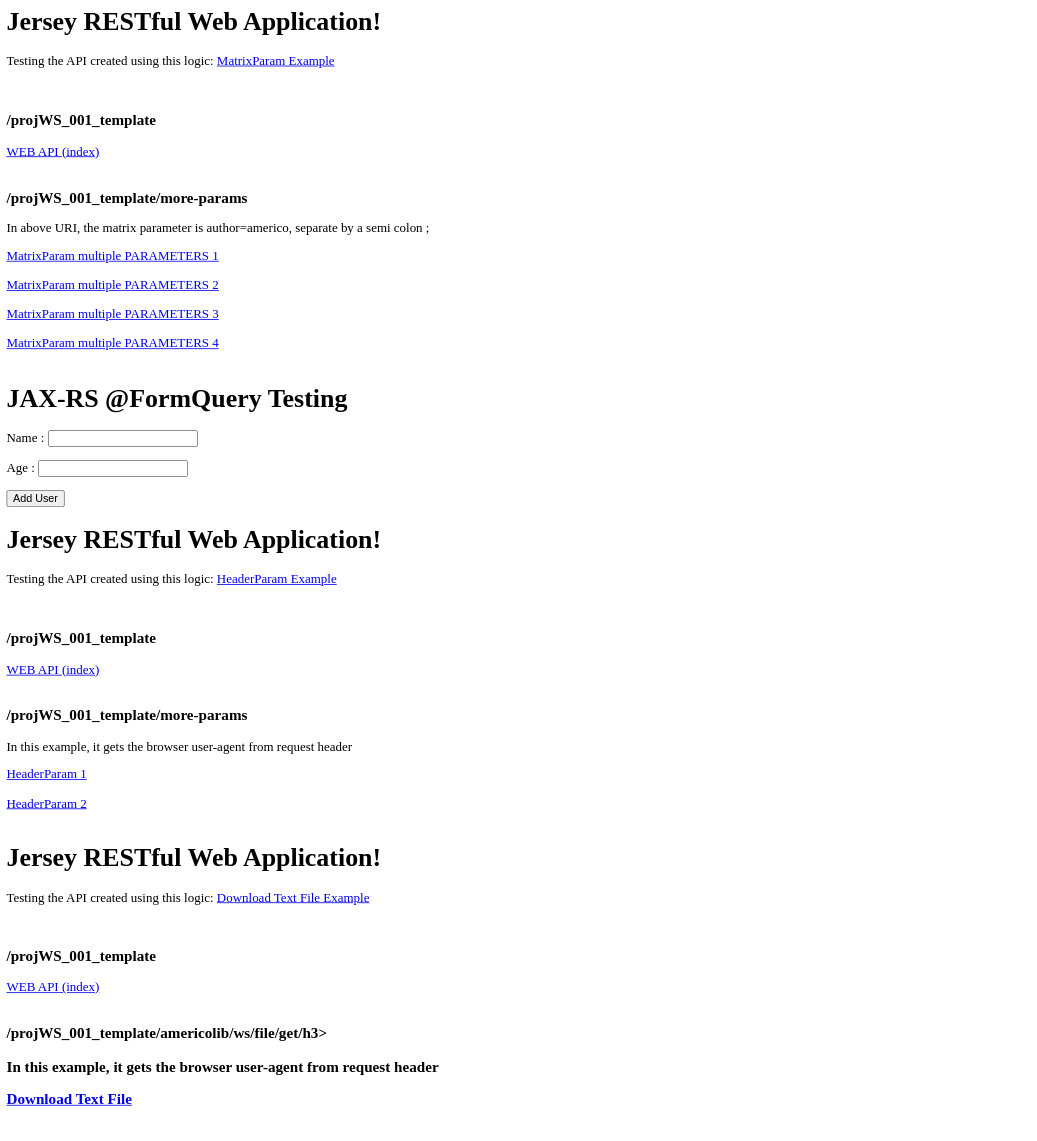
Repository: atafs/BackEnd_JAX-RS_REST_2continue
Page: http://localhost/projWS_001_template/
These files come from the project's save history. The page is drawn as it stood at one moment and after the next save; the edit follows.
The browser window is 1280 px wide. The pictures show the whole page, at 81% of full size.
The page is served by Tomcat 9. Other server files are loaded and not shown.

Above is the page before, as saved 2016-05-02 16:59:45.

### projWS_001_template/src/main/webapp/index.jsp
<html>
<body>
	<!-- JAX-RS @MatrixParam example ######################################## -->
    <!-- TITLE -->
	<h1>Jersey RESTful Web Application!</h1>

	<!-- TXT -->
	<p>Testing the API created using this logic:
		<a href="http://www.mkyong.com/webservices/jax-rs/jax-rs-matrixparam-example/">MatrixParam Example</a>
	</p><br/>

	<!-- LINKS -->
	<h3>/projWS_001_template</h3>
	<a href="http://localhost:8085/projWS_001_template/">WEB API (index)</a><br/><br/>

	<h3>/projWS_001_template/more-params</h3>
	<p>In above URI, the matrix parameter is author=americo, separate by a semi colon ;</p>
	<a href="http://localhost:8085/projWS_001_template/americolib/ws/2011/">MatrixParam multiple PARAMETERS 1</a><br/><br/>
	<a href="http://localhost:8085/projWS_001_template/americolib/ws/2011;author=americo">MatrixParam multiple PARAMETERS 2</a><br/><br/>
	<a href="http://localhost:8085/projWS_001_template/americolib/ws/2011;author=tomas;country=portugal">MatrixParam multiple PARAMETERS 3</a><br/><br/>
	<a href="http://localhost:8085/projWS_001_template/americolib/ws/2011;country=malaysia;author=ana">MatrixParam multiple PARAMETERS 4</a><br/><br/>

    <!-- JAX-RS @FormParam example ######################################## -->
    <!-- FORM: binding between html and java classes -->
    <h1>JAX-RS @FormQuery Testing</h1>

	<form action="americolib/ws/add" method="post">
		<p>
			Name : <input type="text" name="name" />
		</p>
		<p>
			Age : <input type="text" name="age" />
		</p>
		<input type="submit" value="Add User" />
	</form>

    <!-- Get HTTP header in JAX-RS ######################################## -->
    <!-- TITLE -->
	<h1>Jersey RESTful Web Application!</h1>

	<!-- TXT -->
	<p>Testing the API created using this logic:
		<a href="http://www.mkyong.com/webservices/jax-rs/get-http-header-in-jax-rs/">HeaderParam  Example</a>
	</p><br/>

	<!-- LINKS -->
	<h3>/projWS_001_template</h3>
	<a href="http://localhost:8085/projWS_001_template/">WEB API (index)</a><br/><br/>

	<h3>/projWS_001_template/more-params</h3>
	<p>In this example, it gets the browser user-agent from request header</p>
	<a href="http://localhost:8085/projWS_001_template/americolib/ws/get1/">HeaderParam 1</a><br/><br/>
	<a href="http://localhost:8085/projWS_001_template/americolib/ws/get2/">HeaderParam 2</a><br/><br/>

  	<!-- Download text file from JAX-RS ######################################## -->
    <!-- TITLE -->
	<h1>Jersey RESTful Web Application!</h1>

	<!-- TXT -->
	<p>Testing the API created using this logic:
		<a href="http://www.mkyong.com/webservices/jax-rs/download-text-file-from-jax-rs/">Download Text File Example</a>
	</p><br/>

	<!-- LINKS -->
	<h3>/projWS_001_template</h3>
	<a href="http://localhost:8085/projWS_001_template/">WEB API (index)</a><br/><br/>

	<h3>/projWS_001_template/americolib/ws/file/get/h3>
	<p>In this example, it gets the browser user-agent from request header</p>
	<a href="http://localhost:8085/projWS_001_template/americolib/ws/file/get">Download Text File</a><br/><br/>



</body>
</html>

After the next save:
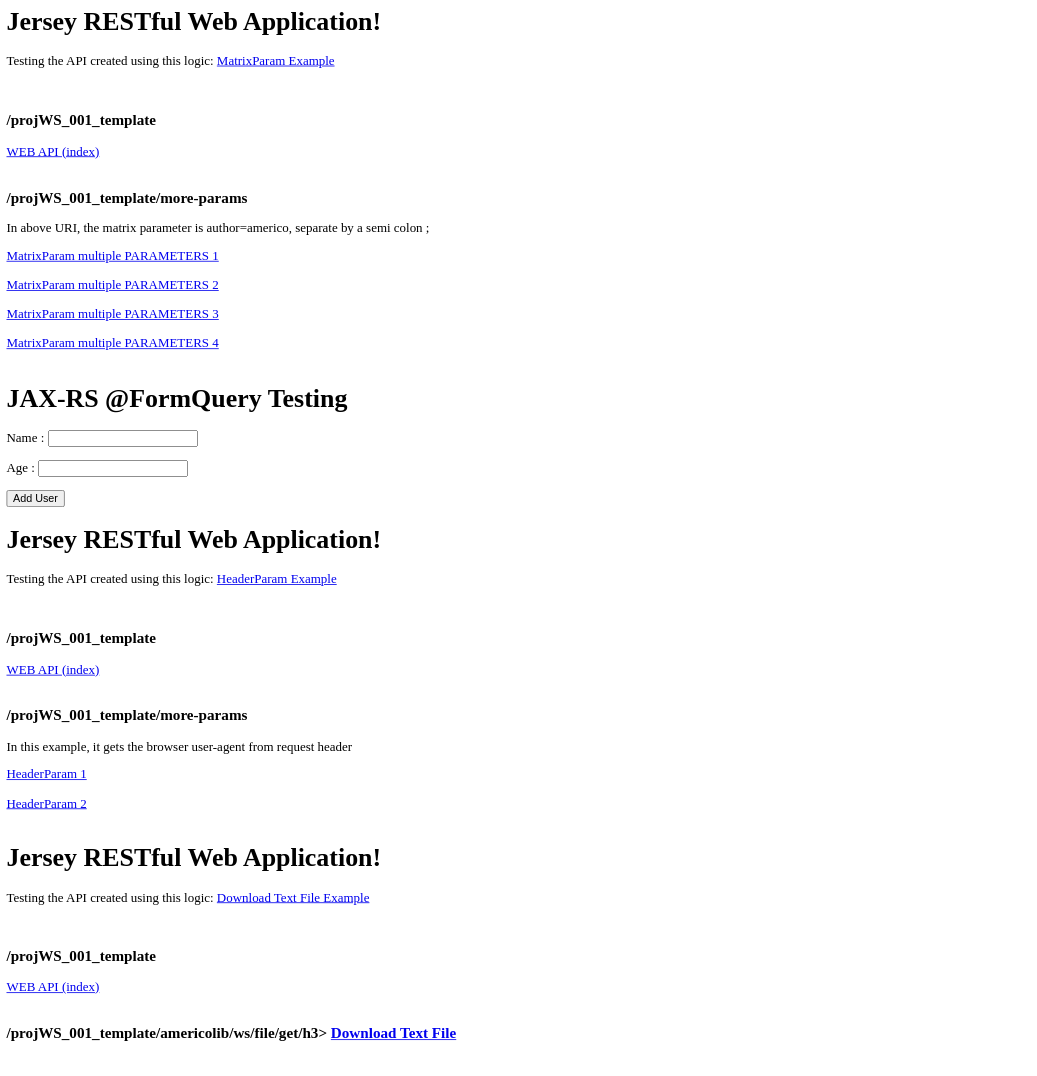
Saved 58 s later.
--- a/projWS_001_template/src/main/webapp/index.jsp
+++ b/projWS_001_template/src/main/webapp/index.jsp
@@ -66,7 +66,6 @@
 	<a href="http://localhost:8085/projWS_001_template/">WEB API (index)</a><br/><br/>
 
 	<h3>/projWS_001_template/americolib/ws/file/get/h3>
-	<p>In this example, it gets the browser user-agent from request header</p>
 	<a href="http://localhost:8085/projWS_001_template/americolib/ws/file/get">Download Text File</a><br/><br/>
 
 
